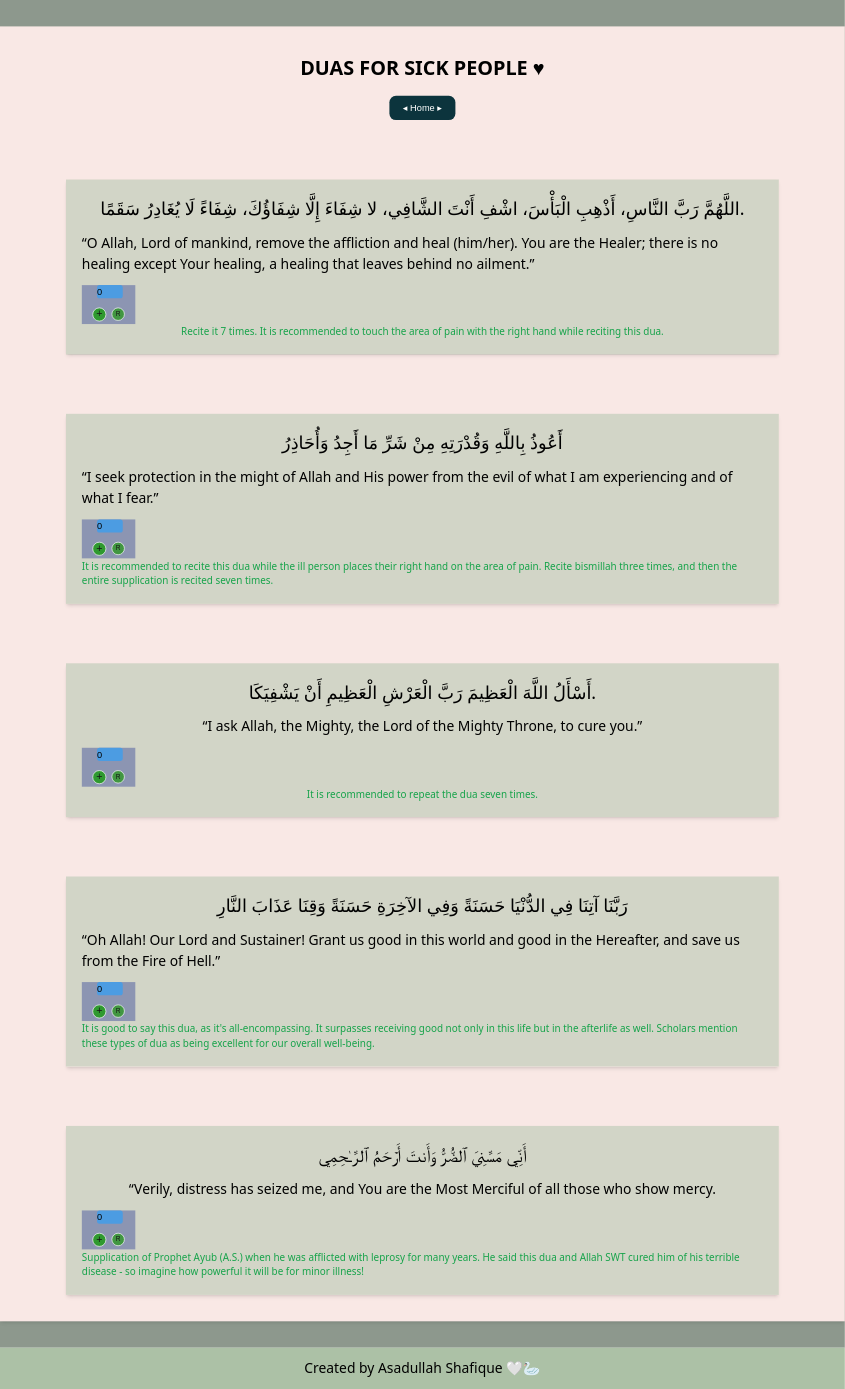
Repository: asadullah48/Duas_Diary
Page: /sick
The author's editor kept a copy of each file at every save. The page is drawn from the files as they stood at one save, then again after the next save.
The browser window is 1280 px wide. The pictures show the whole page, at 66% of full size.
The project was rebuilt for these pictures with package versions that can differ from the ones it lists, and the page was loaded fresh each time. The framework's server and built-in components were replaced by stand-ins that run in the browser. Also part of the build but not shown: next.config.ts.

Above is the page before, as saved 2024-11-30 10:22:34.

### src/app/layout.tsx
import type { Metadata } from "next";
import localFont from "next/font/local";
import "./globals.css";
import Footer from "../components/footer";

const geistSans = localFont({
  src: "./fonts/GeistVF.woff",
  variable: "--font-geist-sans",
  weight: "100 900",
});
const geistMono = localFont({
  src: "./fonts/GeistMonoVF.woff",
  variable: "--font-geist-mono",
  weight: "100 900",
});

export const metadata: Metadata = {
  title: "Create Next App",
  description: "Generated by create next app",
};

export default function RootLayout({
  children,
}: Readonly<{
  children: React.ReactNode;
}>) {
  return (
    <html lang="en">
      <body
        className={`${geistSans.variable} ${geistMono.variable} antialiased`}
      >
        {children}
        <Footer/>
      </body>
    </html>
  );
}

### src/app/sick/page.tsx
import Link from "next/link";
import LightPinkSection from "@/components/props";
import Button from "@/components/button";

export default function Sick() {
  return (
    <div className="w-full h-auto bg-[#8D988D] flex justify-center items-center py-10">
      <div className="w-[95%] lg:w-[1300px] h-auto bg-[#F9E8E5] p-5 lg:p-10 rounded-md shadow-md">
        <div className="font-sans font-bold text-[24px] lg:text-[30px] text-black text-center mb-5">
          DUAS FOR SICK PEOPLE ♥
        </div>
        <Link href="/">
          <button className="bg-[#0c343d] text-white text-[12px] lg:text-[14px] mt-3 mb-5 mx-auto block rounded-[10px] px-5 py-2">
            ◂ Home ▸
          </button>
        </Link>

        {/* Dua Sections */}
        <LightPinkSection
          paragraph="اللَّهُمَّ رَبَّ النَّاسِ، أَذْهِبِ الْبَأْسَ، اشْفِ أَنْتَ الشَّافِي، لا شِفَاءَ إِلَّا شِفَاؤُكَ، شِفَاءً لَا يُغَادِرُ سَقَمًا."
          paragraph2="“O Allah, Lord of mankind, remove the affliction and heal (him/her). You are the Healer; there is no healing except Your healing, a healing that leaves behind no ailment.”"
          buttonText={<Button />}
          note="Recite it 7 times. It is recommended to touch the area of pain with the right hand while reciting this dua."
        />
        <LightPinkSection
          paragraph="أَعُوذُ بِاللَّهِ وَقُدْرَتِهِ مِنْ شَرِّ مَا أَجِدُ وَأُحَاذِرُ"
          paragraph2="“I seek protection in the might of Allah and His power from the evil of what I am experiencing and of what I fear.”"
          buttonText={<Button />}
          note="It is recommended to recite this dua while the ill person places their right hand on the area of pain. Recite bismillah three times, and then the entire supplication is recited seven times."
        />
        <LightPinkSection
          paragraph="أَسْأَلُ اللَّهَ الْعَظِيمَ رَبَّ الْعَرْشِ الْعَظِيمِ أَنْ يَشْفِيَكَا."
          paragraph2="“I ask Allah, the Mighty, the Lord of the Mighty Throne, to cure you.”"
          buttonText={<Button />}
          note="It is recommended to repeat the dua seven times."
        />
        <LightPinkSection
          paragraph="رَبَّنَا آتِنَا فِي الدُّنْيَا حَسَنَةً وَفِي الآخِرَةِ حَسَنَةً وَقِنَا عَذَابَ النَّارِ"
          paragraph2="“Oh Allah! Our Lord and Sustainer! Grant us good in this world and good in the Hereafter, and save us from the Fire of Hell.”"
          buttonText={<Button />}
          note="It is good to say this dua, as it's all-encompassing. It surpasses receiving good not only in this life but in the afterlife as well. Scholars mention these types of dua as being excellent for our overall well-being."
        />
        <LightPinkSection
          paragraph="أَنِّي مَسَّنِيَ ٱلضُّرُّ وَأَنتَ أَرۡحَمُ ٱلرَّـٰحِمِي"
          paragraph2="“Verily, distress has seized me, and You are the Most Merciful of all those who show mercy."
          buttonText={<Button />}
          note="Supplication of Prophet Ayub (A.S.) when he was afflicted with leprosy for many years. He said this dua and Allah SWT cured him of his terrible disease - so imagine how powerful it will be for minor illness!"
        />
      </div>
    </div>
  );
}

### src/components/footer.tsx
// components/Footer.tsx
export default function Footer() {
    return (
      <footer className="w-full bg-[#acc1a6] py-4">
        <div className="text-center text-black font-sans text-[17px] sm:text-[19px] lg:text-[21px]">
          Created by Asadullah Shafique 🤍🦢
        </div>
      </footer>
    );
  }

### src/components/props.tsx
import { ReactNode } from "react";

type SectionProps = {
  paragraph: string;
  buttonText: ReactNode;
  paragraph2: string;
  note: string; // Allows JSX elements, strings, or components
};

export default function LightPinkSection({
  paragraph,
  buttonText,
  paragraph2,
  note,
}: SectionProps) {
  return (
    <div className="w-[90%] bg-[#2680412f] p-6 rounded-lg mx-auto shadow-md mt-[90px]">
      <p className="text-black text-[27px] font-sans mb-4 flex justify-center">
        {paragraph}
      </p>
      <p className="text-black text-[21px] font-sans mb-4 flex justify-center">
        {paragraph2}
      </p>
      <div>{buttonText}</div>
      <p className="text-green-600 text-[15px] font-sans flex justify-center">
        {note}
      </p>
    </div>
  );
}

### src/components/button.tsx
"use client";

import { useState } from "react";

export default function Button() {
  // hook, event ke against ui ko update krna
  let [count, setcount] = useState(0); //returns array ik element hota hai jese yaha pr 0 hai  ik function aur jo function hota hai woh humari value hoti h
  console.log(count);

  const handleClick = () => {
    setcount(count + 1); //re-renders new value
  };

  const handleReset = () => {
    setcount(0); // reset back to 0
  };

  return (
    <div className="bg-[#0f228d5b] w-[81px] h-[59px] flex flex-col items-center justify-between">
      <p className="text-black w-[39px] flex text-sm bg-[#4c9ce2] rounded ml-1">
        {count}
      </p>

      <div className="flex space-x-2 mt-2">
        <button
          onClick={handleClick}
          className="bg-[#2f992f] w-[21px] h-[21px] px-1 py-1 rounded-full border mt-1 mb-1 border-white flex items-center justify-center text-center"
        >
          +
        </button>

        {/* Reset Button */}
        <button
          onClick={handleReset}
          className="bg-[#419641] w-[20px] h-[20px] px-1 py-1 rounded-full border mt-1 mb-1 border-white flex items-center justify-center text-[10px] text-center"
        >
          R
        </button>
      </div>
    </div>
  );
}

Loaded but not shown: src/app/globals.css (common file); tailwind.config.ts (common file)

After the next save:
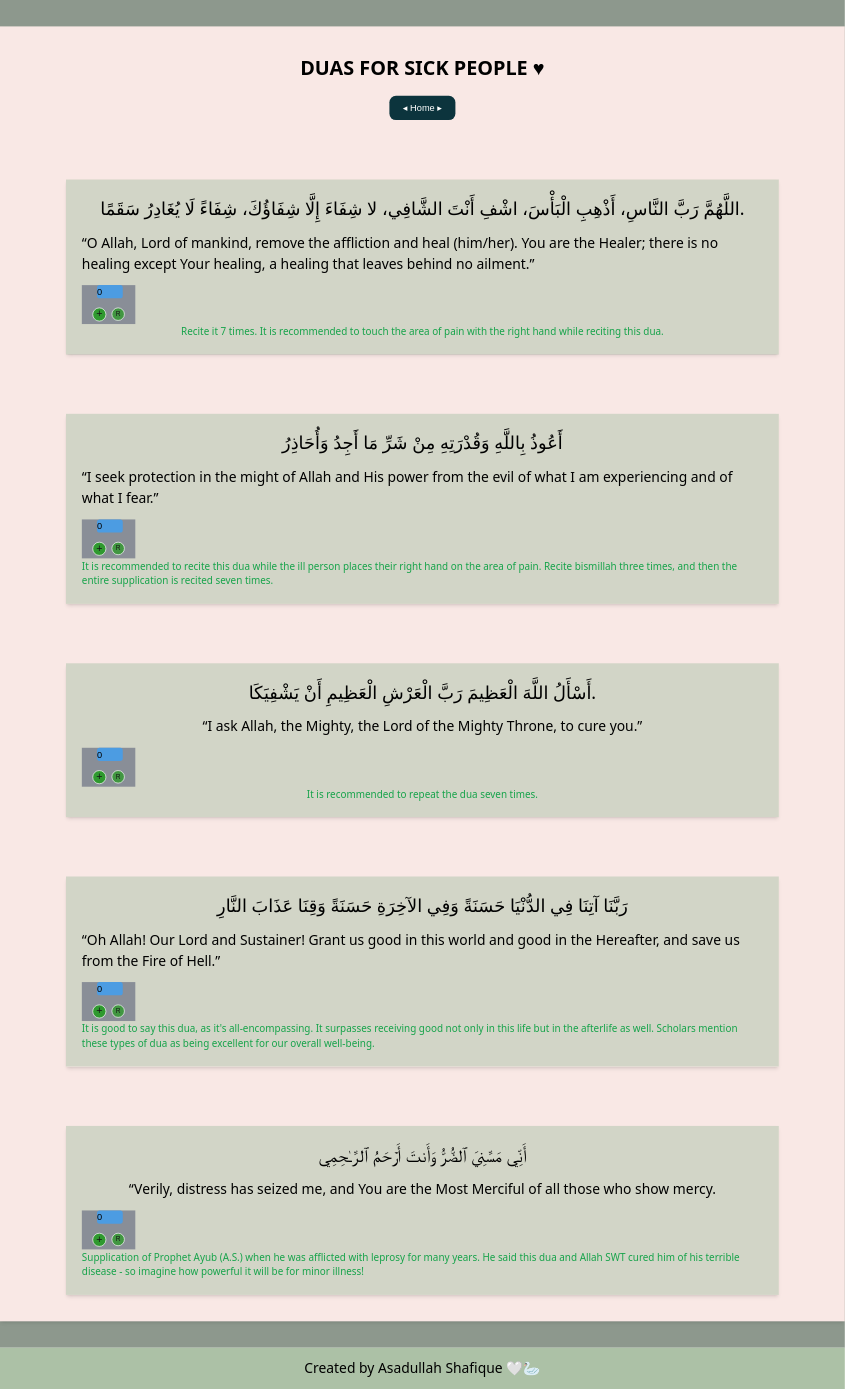
Saved 6 s later.
--- a/src/components/button.tsx
+++ b/src/components/button.tsx
@@ -16,7 +16,7 @@ export default function Button() {
   };
 
   return (
-    <div className="bg-[#0f228d5b] w-[81px] h-[59px] flex flex-col items-center justify-between">
+    <div className="bg-[#0710415b] w-[81px] h-[59px] flex flex-col items-center justify-between">
       <p className="text-black w-[39px] flex text-sm bg-[#4c9ce2] rounded ml-1">
         {count}
       </p>
